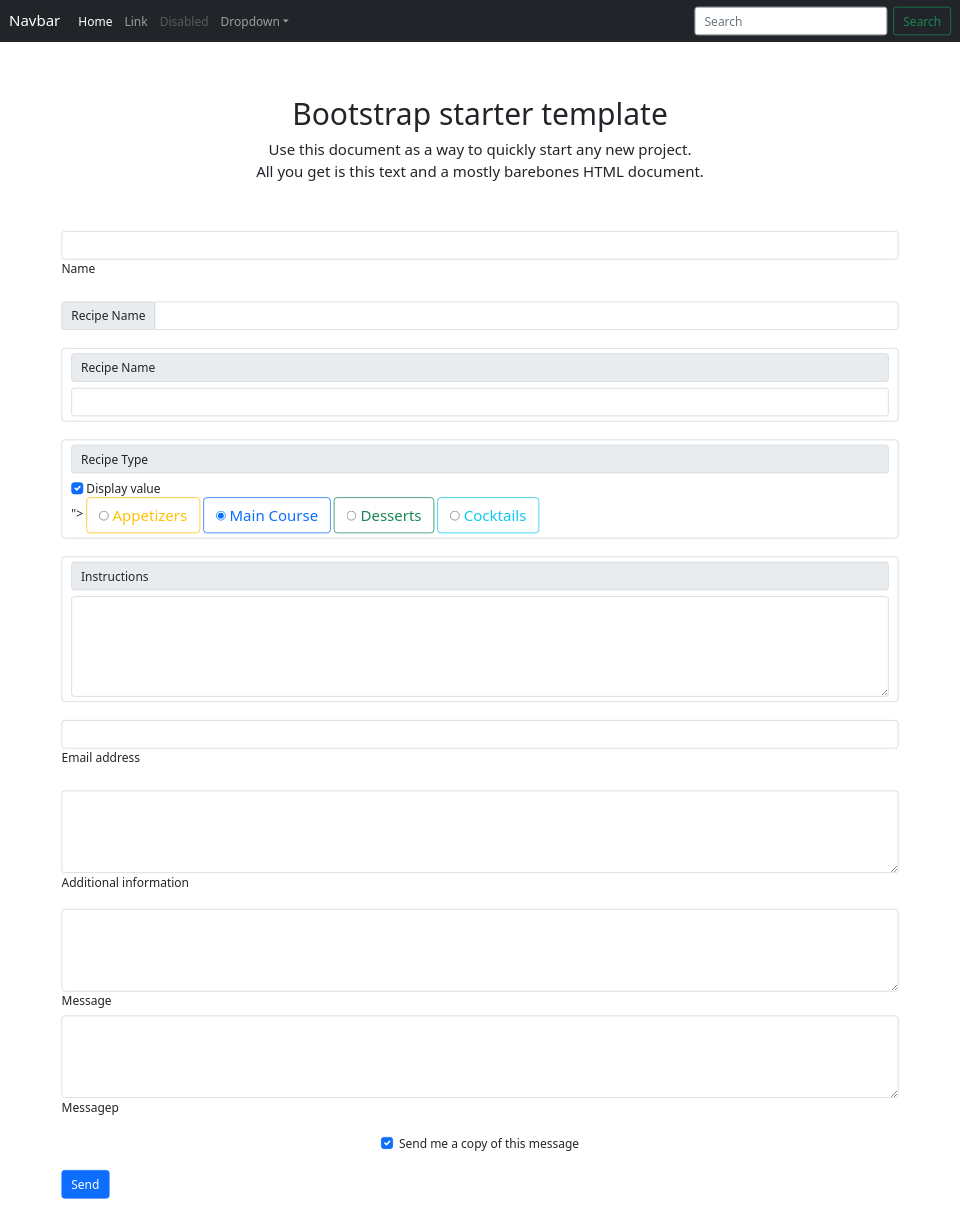
Repository: jerrywthompson/createRecipeWebpageHTML
Page: index.html
An editor plug-in stored every save of this project. The page is shown before and after the next save, followed by the edit.
The browser window is 1280 px wide. The pictures show the whole page, at 75% of full size.

Above is the page before, as saved 2021-02-23 22:27:43.

### index.html
<!doctype html>
<html lang="en">
    <head>
        <meta charset="utf-8">
        <meta name="viewport" content="width=device-width, initial-scale=1">
        <meta name="description" content="">
        <meta name="author" content="Mark Otto, Jacob Thornton, and Bootstrap contributors">
        <meta name="generator" content="Hugo 0.80.0">
        <title>Starter Template · Bootstrap v5.0</title>

        <link rel="canonical" href="https://getbootstrap.com/docs/5.0/examples/starter-template/">



        <!-- Bootstrap core CSS -->
        <link href="../assets/dist/css/bootstrap.min.css" rel="stylesheet">

        <style>
            .bd-placeholder-img {
                font-size: 1.125rem;
                text-anchor: middle;
                -webkit-user-select: none;
                -moz-user-select: none;
                user-select: none;
            }

            @media (min-width: 768px) {
                .bd-placeholder-img-lg {
                    font-size: 3.5rem;
                }
            }
        </style>


        <!-- Custom styles for this template -->
        <link href="starter-template.css" rel="stylesheet">
    </head>
    <body>

        <nav class="navbar navbar-expand-md navbar-dark bg-dark fixed-top">
            <div class="container-fluid">
                <a class="navbar-brand" href="#">Navbar</a>
                <button class="navbar-toggler" type="button" data-bs-toggle="collapse" data-bs-target="#navbarsExampleDefault" aria-controls="navbarsExampleDefault" aria-expanded="false" aria-label="Toggle navigation">
                    <span class="navbar-toggler-icon"></span>
                </button>

                <div class="collapse navbar-collapse" id="navbarsExampleDefault">
                    <ul class="navbar-nav me-auto mb-2 mb-md-0">
                        <li class="nav-item">
                            <a class="nav-link active" aria-current="page" href="#">Home</a>
                        </li>
                        <li class="nav-item">
                            <a class="nav-link" href="#">Link</a>
                        </li>
                        <li class="nav-item">
                            <a class="nav-link disabled" href="#" tabindex="-1" aria-disabled="true">Disabled</a>
                        </li>
                        <li class="nav-item dropdown">
                            <a class="nav-link dropdown-toggle" href="#" id="dropdown01" data-bs-toggle="dropdown" aria-expanded="false">Dropdown</a>
                            <ul class="dropdown-menu" aria-labelledby="dropdown01">
                                <li><a class="dropdown-item" href="#">Action</a></li>
                                <li><a class="dropdown-item" href="#">Another action</a></li>
                                <li><a class="dropdown-item" href="#">Something else here</a></li>
                            </ul>
                        </li>
                    </ul>
                    <form class="d-flex">
                        <input class="form-control me-2" type="search" placeholder="Search" aria-label="Search">
                        <button class="btn btn-outline-success" type="submit">Search</button>
                    </form>
                </div>
            </div>
        </nav>



        <div class="starter-template text-center py-5 px-3">
            <h1>Bootstrap starter template</h1>
            <p class="lead">Use this document as a way to quickly start any new project.<br> All you get is this text and a mostly barebones HTML document.</p>
        </div>
        <main class="container">
            <div class="input-section">
                <fieldset class="form-group">

                    <form action="test.php" method="post">
                        <!-- Name input -->
                        <div class="form-outline mb-4">
                            <input type="text" name="recipeName" id="form4Example1" class="form-control" />
                            <label class="form-label" for="form4Example1">Name</label>
                        </div>

                        <div class="input-group mb-4">
                            <div class="input-group-prepend">
                                <span class="input-group-text" id="inputGroup-sizing-default">Recipe Name</span>
                            </div>
                            <input type="text" name="notes" class="form-control" aria-label="Default" aria-describedby="inputGroup-sizing-default">
                        </div>

                        <div class="form-control mb-4">
                            <div class="input-group-prepend mb-2">
                                <span class="input-group-text" id="inputGroup-sizing-default">Recipe Name</span>
                            </div>
                            <input type="text" name="notes" class="form-control" aria-label="Default" aria-describedby="inputGroup-sizing-default">
                        </div>

                        <div class="form-control mb-4">
                            <div class="input-group-prepend mb-2">
                                <span class="input-group-text" id="inputGroup-sizing-default">Recipe Type</span>
                            </div>
                            <div class="<div class="form-check">
                              <label class="form-check-label">
                                <input type="checkbox" class="form-check-input" name="" id="" value="checkedValue" checked>
                                Display value
                              </label>
                            </div>">
                                <label class="btn btn-outline-warning btn-lg">
                                    <input type="radio" name="recipeType" id="appetizers" value="appetizers" autocomplete="off" > Appetizers
                                </label>
                                <label class="btn btn-outline-primary btn-lg">
                                    <input type="radio" name="recipeType" id="main_course" value="main_course" autocomplete="off" checked> Main Course
                                </label>
                                <label class="btn btn-outline-success btn-lg">
                                    <input type="radio" name="recipeType" id="desserts" value="desserts" autocomplete="off"> Desserts
                                </label>
                                <label class="btn btn-outline-info btn-lg">
                                    <input type="radio" name="recipeType" id="cocktails" value="cocktails" autocomplete="off"> Cocktails
                                </label>
                            </div>
                        </div>

                        <div class="form-control mb-4">
                            <div class="input-group-prepend mb-2">
                                <span class="input-group-text">Instructions</span>
                            </div>
                            <textarea class="form-control" name="instrucions" id="instrucions" rows="5"></textarea>
                        </div>

                        <!-- Email input -->
                        <div class="form-outline mb-4">
                            <input type="email" id="form4Example2" class="form-control" />
                            <label class="form-label" for="form4Example2">Email address</label>
                        </div>

                        <div class="form-outline mb-4">
                            <textarea class="form-control" id="form6Example7" rows="4"></textarea>
                            <label class="form-label-prepend" >Additional information</label>
                        </div>

                        <div class="form-outline">
                            <textarea class="form-control" id="textAreaExample" rows="4"></textarea>
                            <label class="form-label" for="textAreaExample">Message</label>
                          </div>

                        <!-- Message input -->
                        <div class="form-outline mb-4">
                            <textarea class="form-control" name="comments" id="form4Example3" rows="4"></textarea>
                            <label class="form-label-prepend" for="form4Example3">Messagep</label>
                        </div>

                        <!-- Checkbox -->
                        <div class="form-check d-flex justify-content-center mb-4">
                            <input
                                class="form-check-input me-2"
                                type="checkbox"
                                value=""
                                id="form4Example4"
                                checked
                                />
                            <label class="form-check-label" for="form4Example4">
                                Send me a copy of this message
                            </label>
                        </div>

                        <!-- Submit button -->
                        <button type="submit" class="btn btn-primary btn-block mb-4">Send</button>
                    </form>






                    <script src="../assets/dist/js/bootstrap.bundle.min.js"></script>


                    </body>
                    </html>
                    <a href="../flask_db4/flaskblog/templates/create_post.html"></a>

Loaded but not shown: assets/dist/css/bootstrap.min.css (library); starter-template.css (common file); assets/dist/js/bootstrap.bundle.min.js (library)

After the next save:
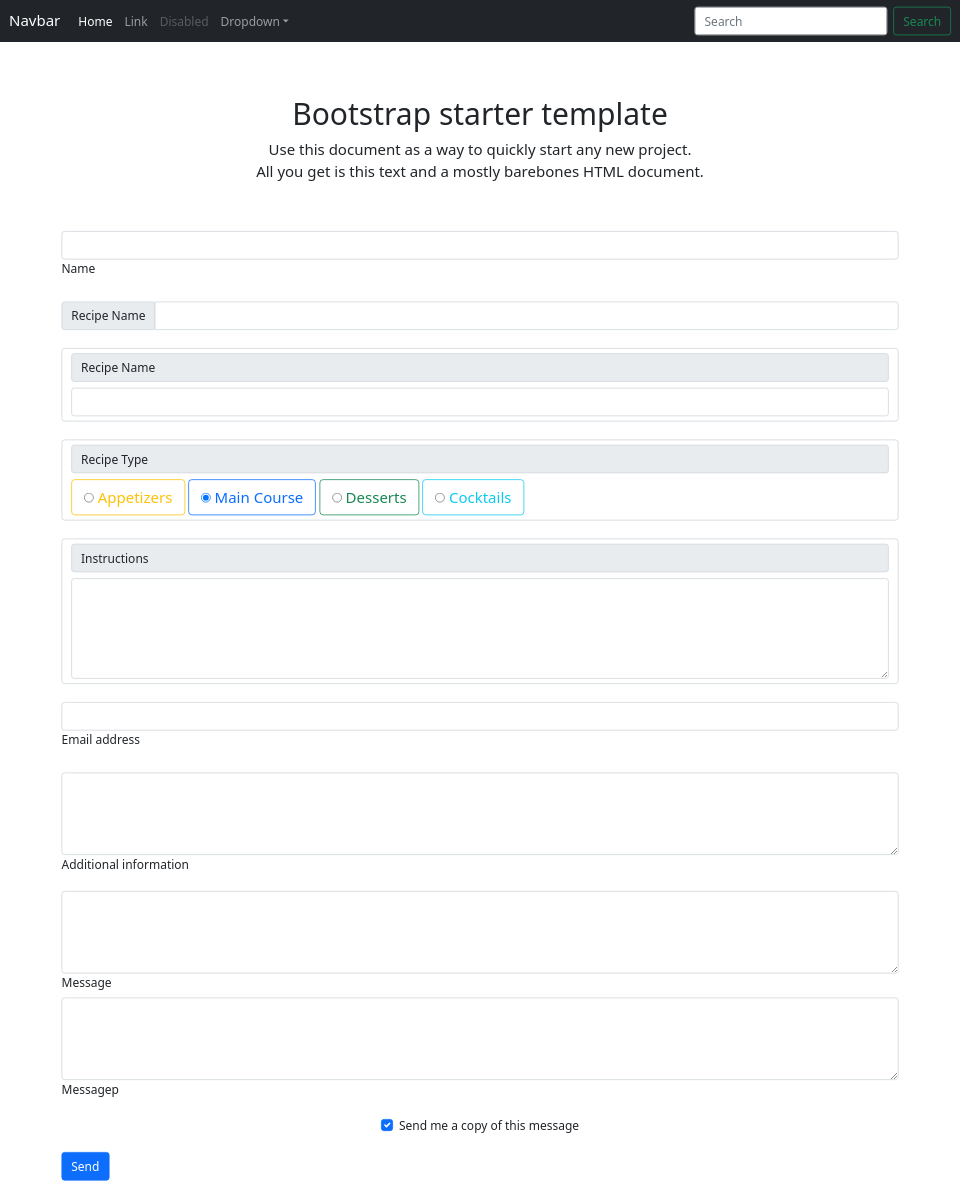
Saved 34 s later.
--- a/index.html
+++ b/index.html
@@ -107,12 +107,7 @@
                             <div class="input-group-prepend mb-2">
                                 <span class="input-group-text" id="inputGroup-sizing-default">Recipe Type</span>
                             </div>
-                            <div class="<div class="form-check">
-                              <label class="form-check-label">
-                                <input type="checkbox" class="form-check-input" name="" id="" value="checkedValue" checked>
-                                Display value
-                              </label>
-                            </div>">
+                            <div class="form-checkbox">
                                 <label class="btn btn-outline-warning btn-lg">
                                     <input type="radio" name="recipeType" id="appetizers" value="appetizers" autocomplete="off" > Appetizers
                                 </label>
